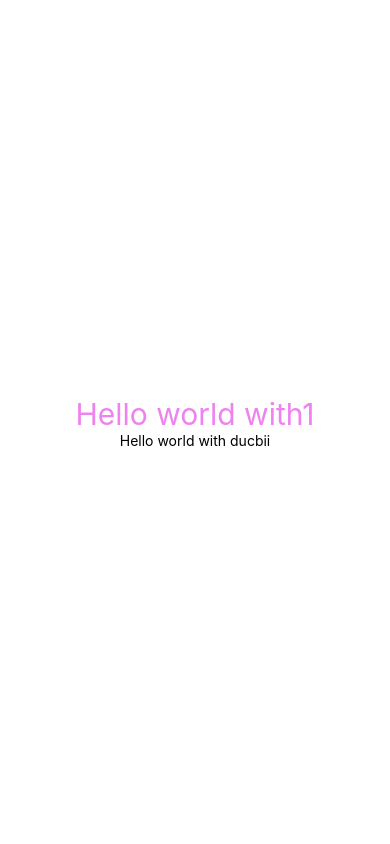
Repository: Ducbii4202/React-Native
Screen: /review-detail
The author's editor kept a copy of each file at every save. The screen is drawn from the files as they stood at one save, then again after the next save.
The app was drawn by React Native's web renderer in a window 390 px wide. The project was rebuilt for these pictures with package versions that can differ from the ones it lists, and the page was loaded fresh each time.

Above is the screen before, as saved 2024-09-12 16:15:00.

After the next save:
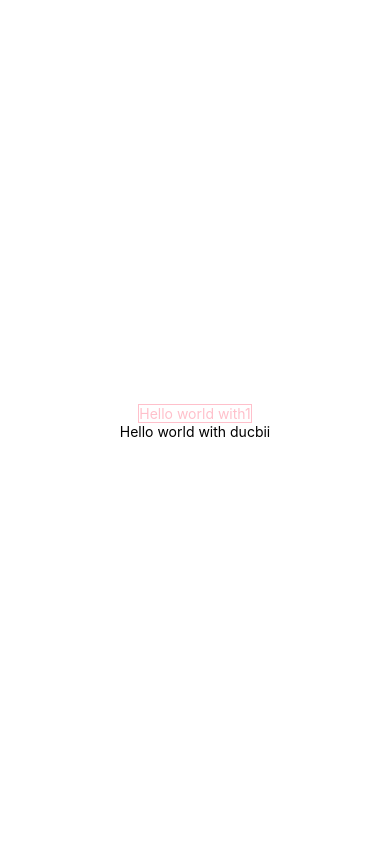
Saved 8 min 30 s later.
--- a/App.tsx
+++ b/App.tsx
@@ -4,7 +4,7 @@ import { StyleSheet, Text, View } from 'react-native';
 export default function App() {
   return (
     <View style={styles.container}>
-      <Text style={{color:"violet", fontSize:30}}>Hello world with1</Text>
+      <Text style={styles.hello1}>Hello world with1</Text>
       <Text>Hello world with ducbii</Text>
     </View>
   );
@@ -17,4 +17,9 @@ const styles = StyleSheet.create({
     alignItems: 'center',
     justifyContent: 'center',
   },
+  hello1: {
+    color: "pink",
+    borderColor: "pink",
+    borderWidth: "1px",
+  }
 });
